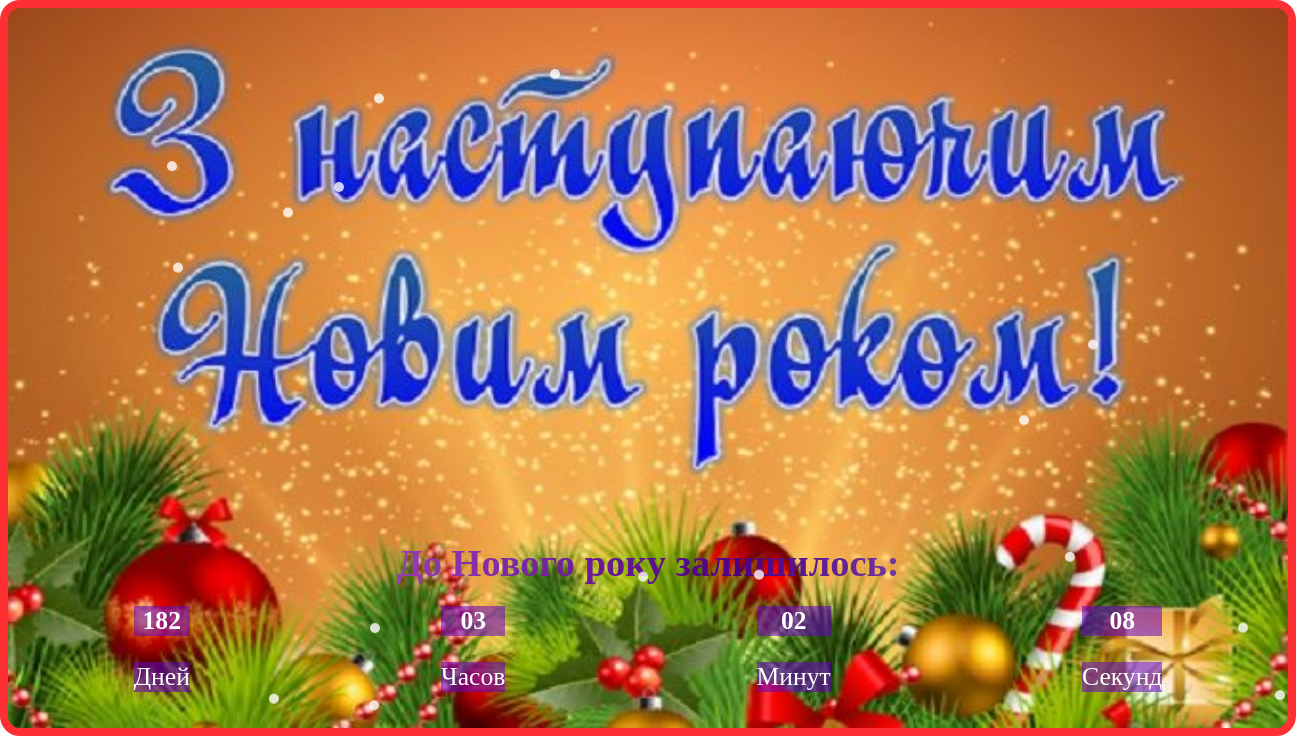
Repository: KonstantinKhamilov/JavaScript11-new-year
Page: index.html
These files come from the project's save history. The page is drawn as it stood at one moment and after the next save; the edit follows.
The browser window is 1280 px wide. The page is 1296 px wide, so the pictures cover 1296 px, including what lies to the right of the window. The pictures show the whole page.

Above is the page before, as saved 2024-12-29 22:17:54.

After the next save:
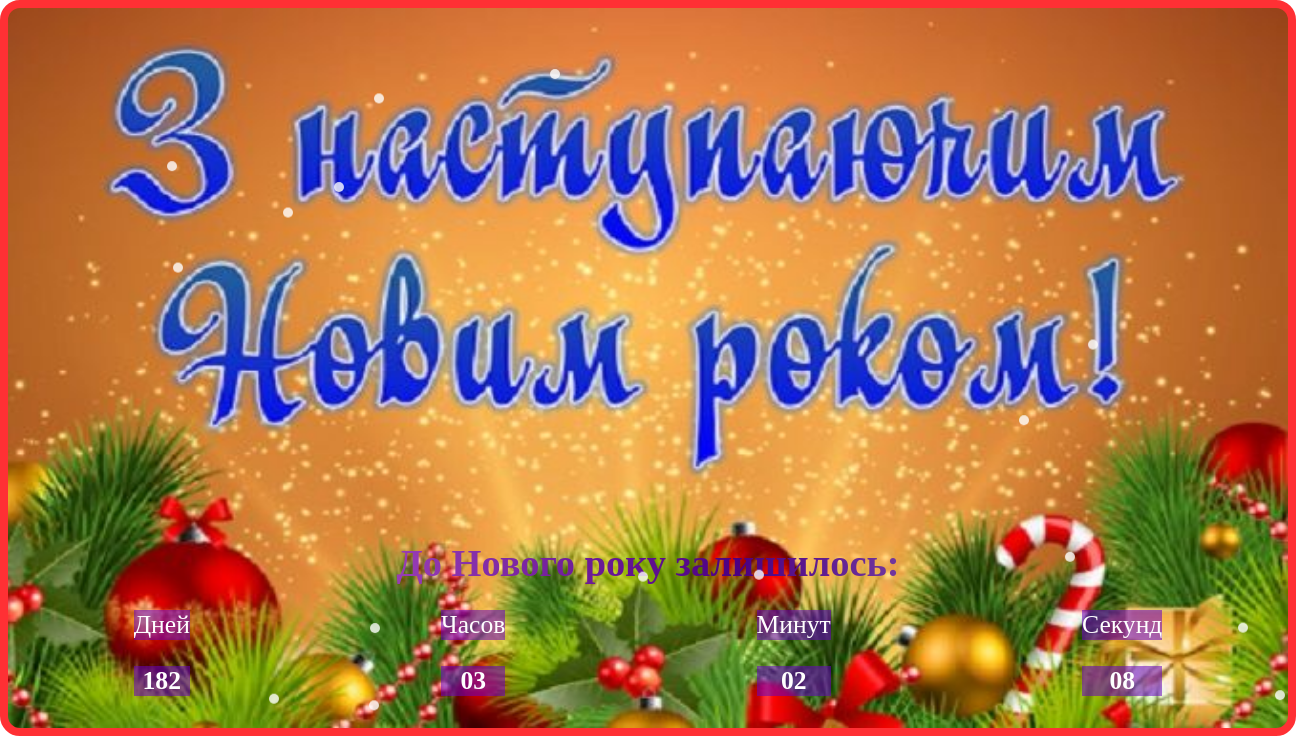
Saved 10 min 24 s later.
--- a/index.html
+++ b/index.html
@@ -71,10 +71,10 @@
    <li class="count">
 
 <ol class="time">
-  <li class="timer"><h2 id="day">00</h2><p>Дней</p></li>
-  <li class="timer"><h2 id="hrs">00</h2><p>Часов</p></li>
-  <li class="timer"><h2 id="min">00</h2><p>Минут</p></li>
-  <li class="timer"><h2 id="sec">00</h2><p>Секунд</p></li>
+  <li class="timer"><p>Дней</p><h2 id="day">00</h2></li>
+  <li class="timer"><p>Часов</p><h2 id="hrs">00</h2></li>
+  <li class="timer"><p>Минут</p><h2 id="min">00</h2></li>
+  <li class="timer"><p>Секунд</p><h2 id="sec">00</h2></li>
 </ol>
   </li>
   </ol>
